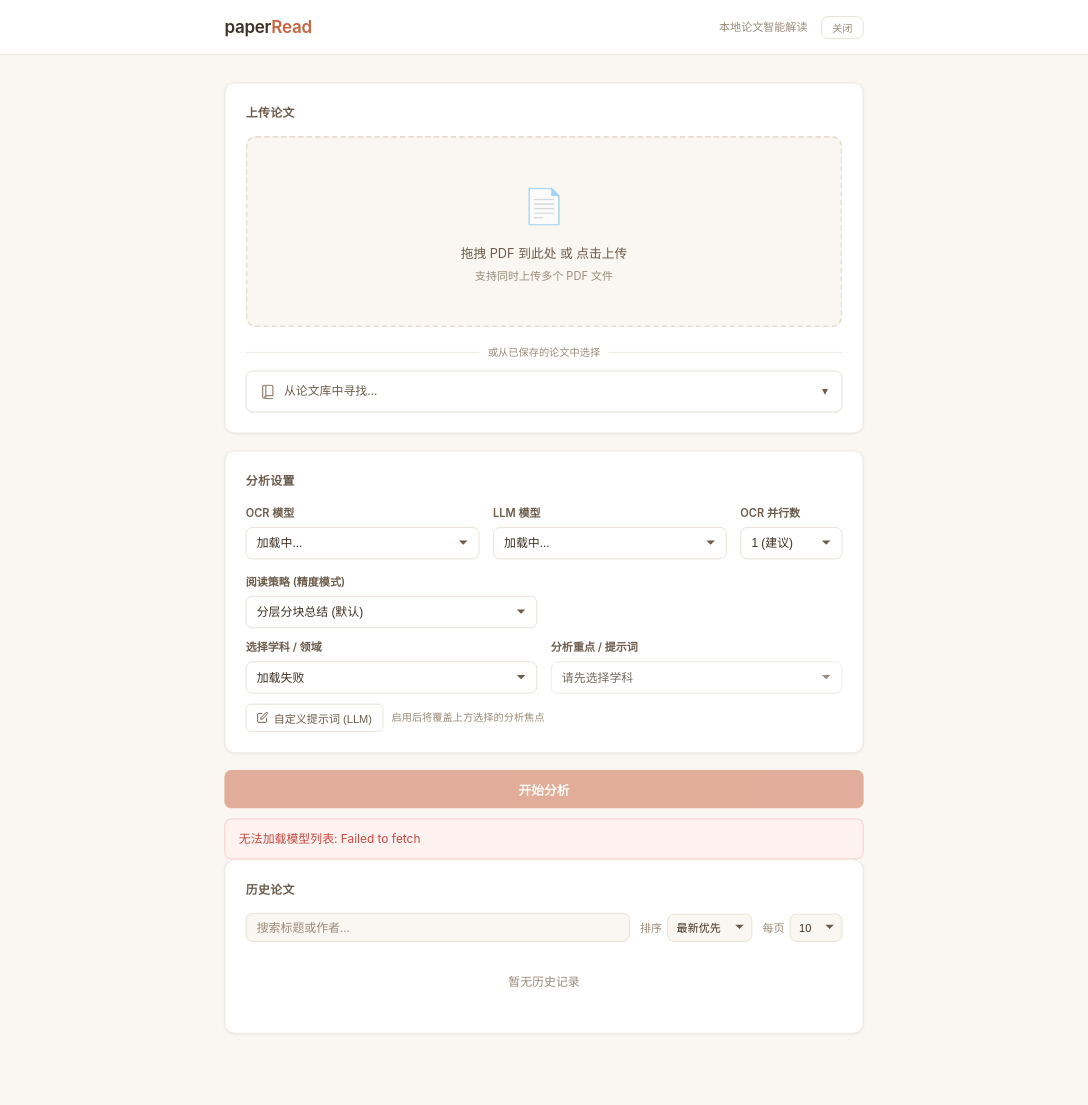
Repository: Skywarder0409/paperRead
Page: src/web/static/index.html
The author's editor kept a copy of each file at every save. The page is drawn from the files as they stood at one save, then again after the next save.
The browser window is 1280 px wide. The pictures show the whole page, at 85% of full size.
The page's requests for data from a server got no answer.

Above is the page before, as saved 2026-02-06 20:22:08.

After the next save:
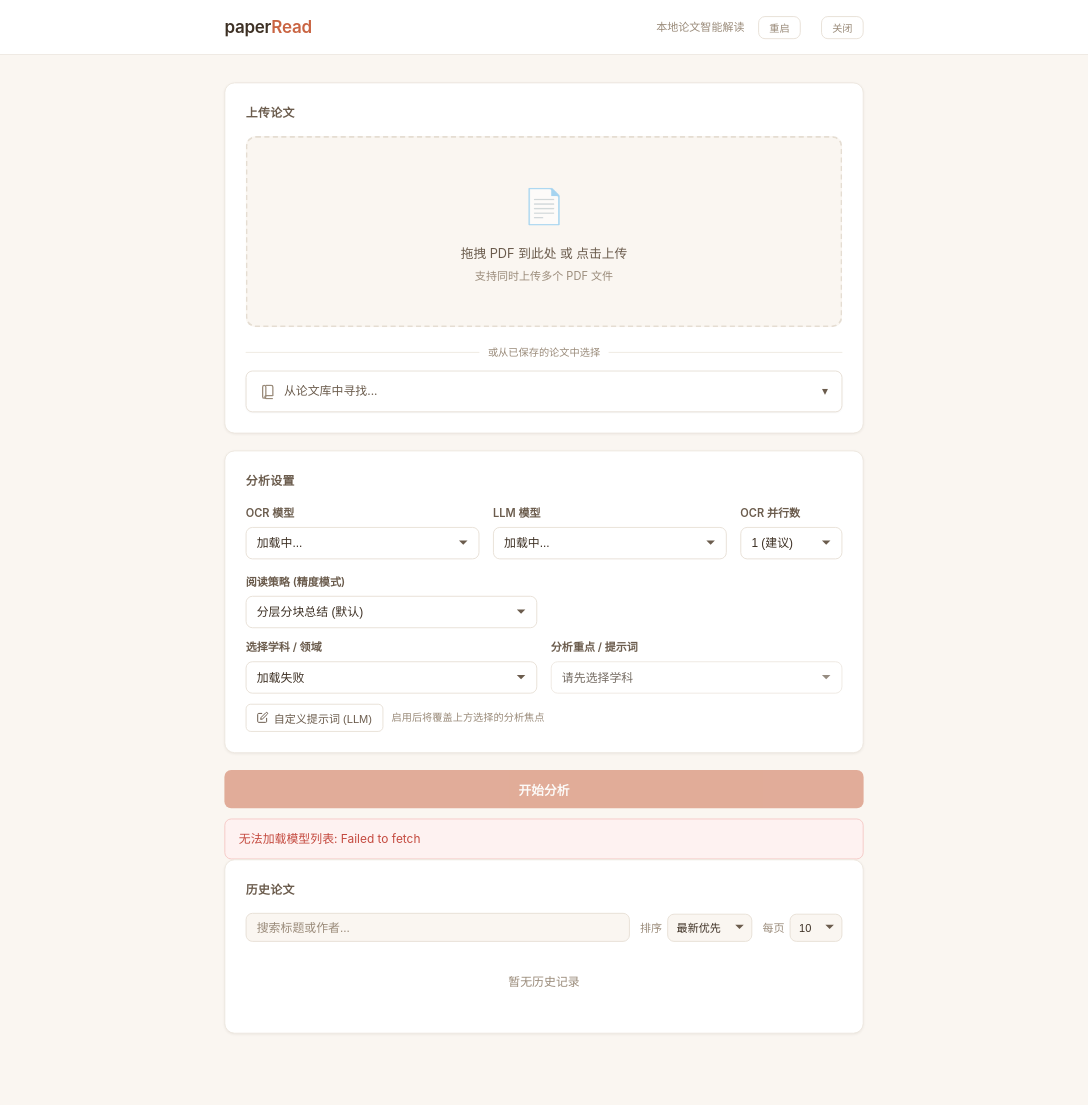
Saved 10 min 9 s later.
--- a/src/web/static/index.html
+++ b/src/web/static/index.html
@@ -16,6 +16,7 @@
             </div>
             <div class="header-right">
                 <div class="header-subtitle">本地论文智能解读</div>
+                <button class="btn-shutdown" id="btnRestart" title="重启服务器" style="margin-right: 8px;">重启</button>
                 <button class="btn-shutdown" id="btnShutdown" title="关闭服务器">关闭</button>
             </div>
         </div>
